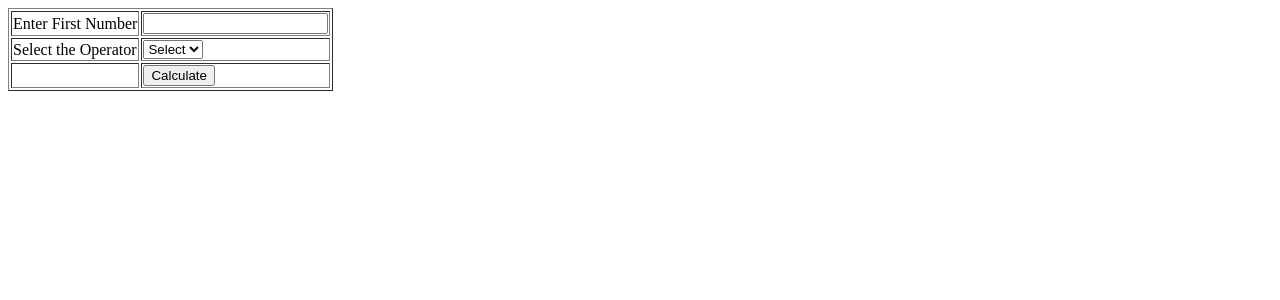
Repository: Rakshita123136/Advjavacollege
Page: http://localhost/jspexample1/calc.jsp
An editor plug-in stored every save of this project. The page is shown before and after the next save, followed by the edit.
The browser window is 1280 px wide. The pictures show the whole page.
The page is served by Tomcat 9.

Above is the page before, as saved 2025-03-03 05:00:46.

### jspexample1/src/main/webapp/calc.jsp
<%@ page language="java" contentType="text/html; charset=UTF-8" pageEncoding="UTF-8"%>
<!DOCTYPE html>
<html>
<head>
<meta charset="UTF-8">
<title>JSP Page</title>
</head>
<body>
<form method="post" action="calc.jsp">
<table border="1">
<tr>
    <td>Enter First Number</td>
    <td><input type="text" name="t1"></td>
</tr>
<tr>
    <td>Select the Operator</td>
    <td>
        <select name="opt">
            <option value="select">Select</option>
            <option value="+">+</option>
            <option value="-">-</option>
            <option value="*">*</option>
            <option value="/">/</option>
        </select>
    </td>
</tr>
<tr>
    <td></td>
    <td><input type="submit" value="Calculate"></td>
</tr>
</table>
</form>
<%
try {
    if(request.getParameter("t1") != null) {
        int a, b;
        String c;
        a = Integer.parseInt(request.getParameter("t1"));
        b = Integer.parseInt(request.getParameter("t2"));
        c = request.getParameter("opt");

        if(c.equals("+")) {
            out.println(a + b);
        } else if(c.equals("-")) {
            out.println(a - b);
        } else if(c.equals("*")) {
            out.println(a * b);
        } else if(c.equals("/")) {
            out.println(a / b);
        }
    }
} catch(Exception ex) {
    ex.printStackTrace();
}
%>
</body>
</html>

After the next save:
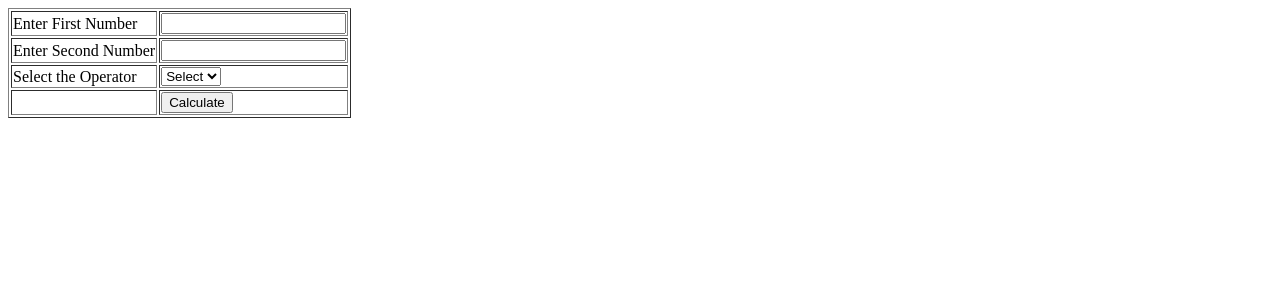
Saved 2 min 30 s later.
--- a/jspexample1/src/main/webapp/calc.jsp
+++ b/jspexample1/src/main/webapp/calc.jsp
@@ -11,6 +11,10 @@
 <tr>
     <td>Enter First Number</td>
     <td><input type="text" name="t1"></td>
+</tr>
+<tr>
+    <td>Enter Second Number</td>
+    <td><input type="text" name="t2"></td>
 </tr>
 <tr>
     <td>Select the Operator</td>
@@ -32,7 +36,7 @@
 </form>
 <%
 try {
-    if(request.getParameter("t1") != null) {
+    if(request.getParameter("t1") != null && request.getParameter("t2") != null) {
         int a, b;
         String c;
         a = Integer.parseInt(request.getParameter("t1"));
